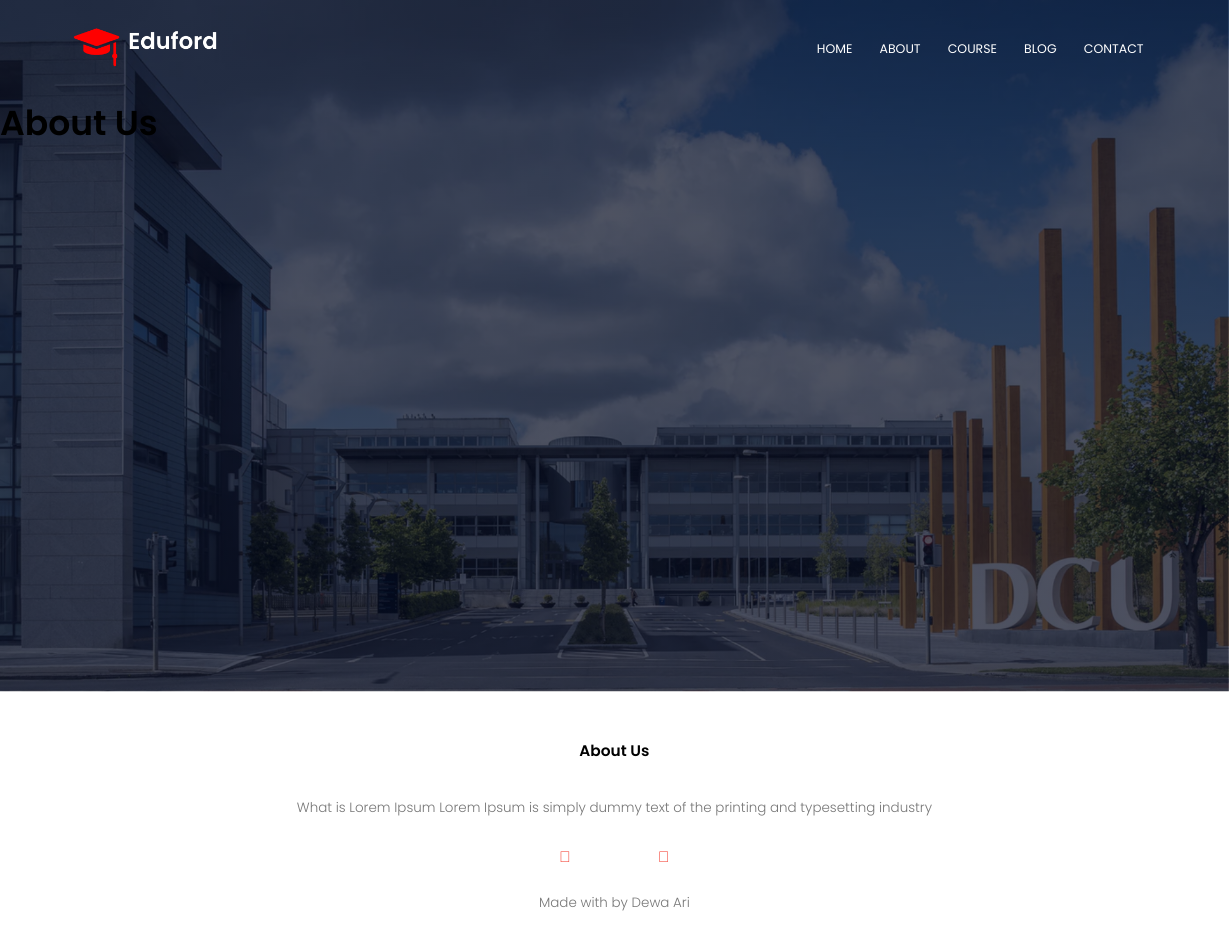
Repository: dewaary/company-profile
Page: about.html
The author's editor kept a copy of each file at every save. The page is drawn from the files as they stood at one save, then again after the next save.
The browser window is 1280 px wide. The pictures show the whole page, at 96% of full size.

Above is the page before, as saved 2021-05-07 23:13:13.

After the next save:
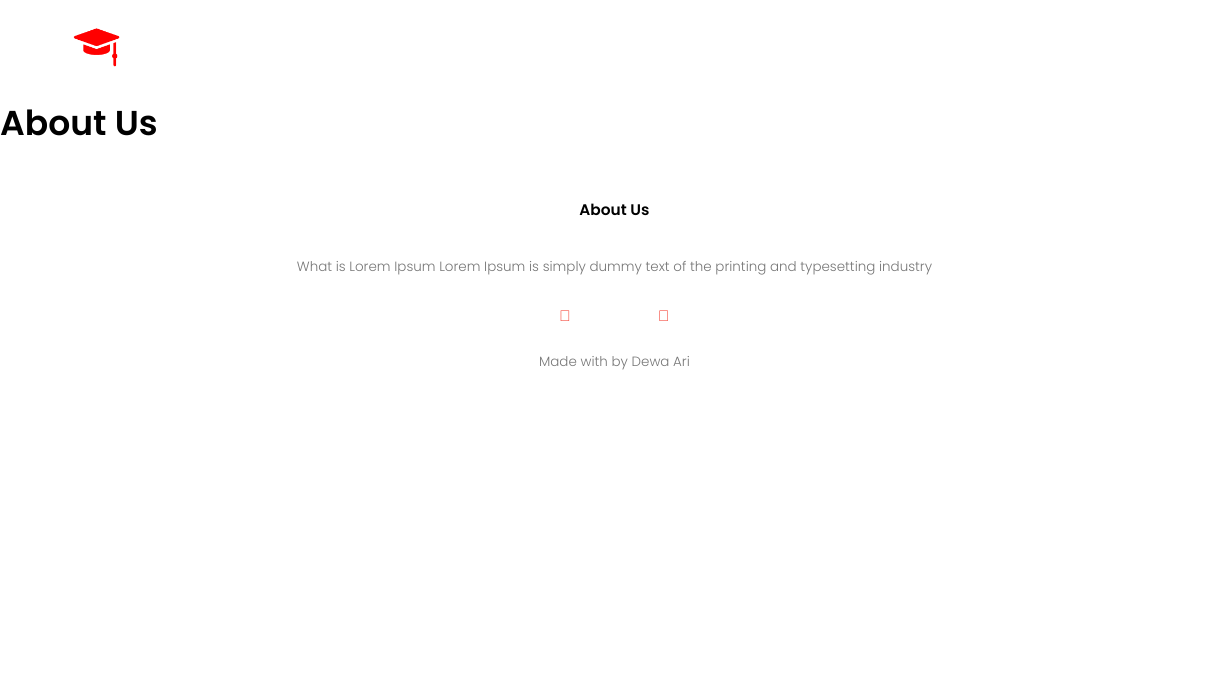
Saved 7 s later.
--- a/about.html
+++ b/about.html
@@ -15,7 +15,7 @@
 </head>
 
 <body>
-    <section class="header">
+    <section class="sub-header">
         <nav>
             <a href="index.html"><img src="images/logo.png" /></a>
             <div class="nav-links" id="navLinks">
